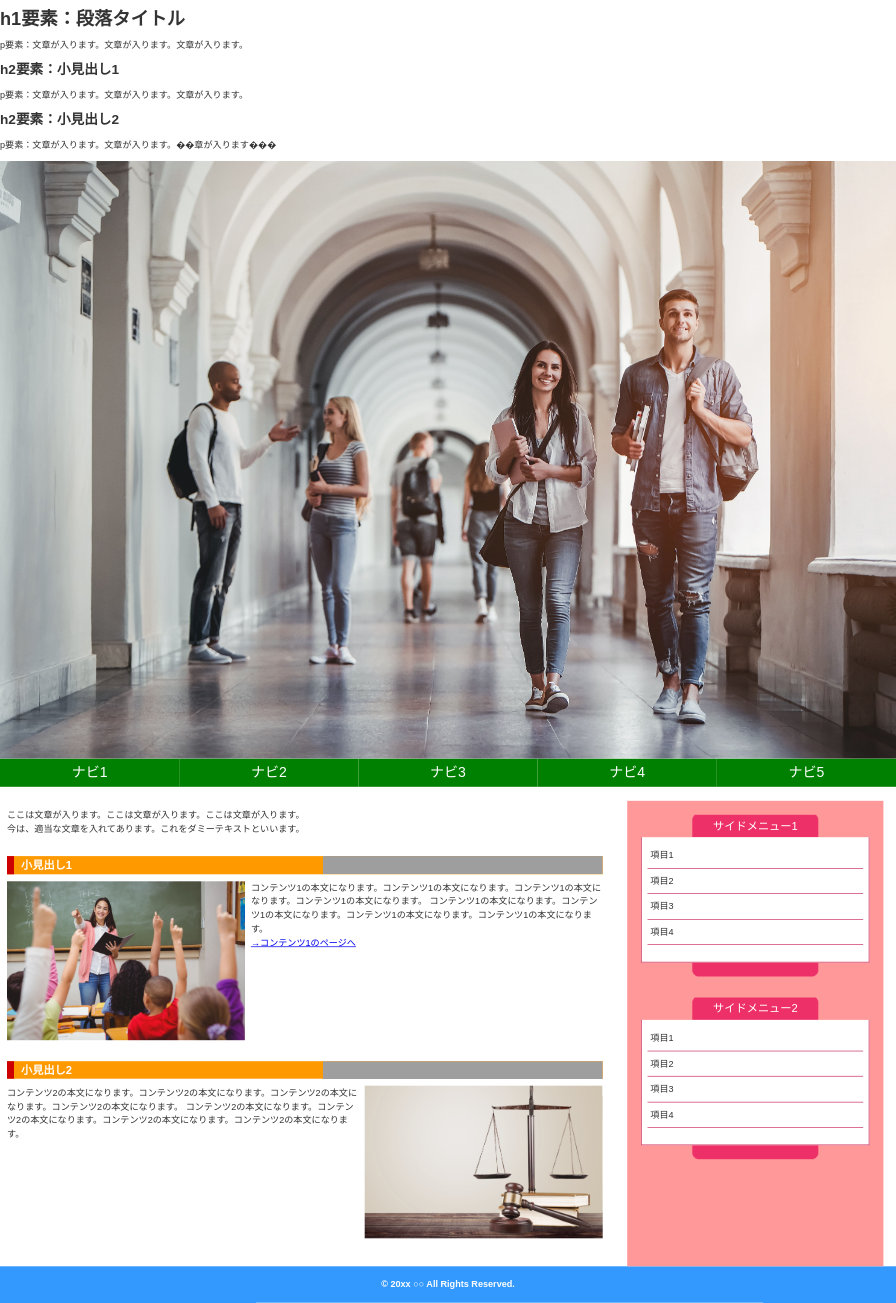
Repository: saekato/HTML
Page: indexx.html
The author's editor kept a record of every edit. The page is drawn from the files as they stood at one moment, then again after the next edit.
The browser window is 1280 px wide. The pictures show the whole page, at 70% of full size.
Pictures or frames that could not be fetched are drawn as grey boxes.

Above is the page before.

### indexx.html
<!DOCTYPE html>
<html lang="ja">
  <head>
    <meta charset="UTF-8">
    <title>HTML/CSSの学習</title>
    <!--stylesheet.cssの読み込み-->
    <link rel="stylesheet" href="stylesheet.css">
  </head>
  <body>
    <h1 class="blue">h1要素：段落タイトル</h1>
    <p>p要素：文章が入ります。文章が入ります。文章が入ります。</p>
    <h2 class="blue">h2要素：小見出し1</h2>
    <p class="fs-25">
      p要素：文章が入ります。文章が入ります。文章が入ります。
    </p>
    <h2 id="red">h2要素：小見出し2</h2>
    <p class="fw-bold">
      p要素：文章が入ります。文章が入ります。��章が入ります���
    </p>
  </body>
</html>
<!DOCTYPE html>
<html lang="ja">
    <head>
        <meta charset="UTF-8">
        <title>HTML/CSSの学習</title>
        <link rel="stylesheet" href="stylesheet.css">
    </head>
    <body>
        <div id="header">
            <h1><a href="index.html"><img id="corridor" src="images/corridor.jpg" alt="大学の廊下" /></a></h1>
        </div>
        <div id="wrapper">
            <div id="nav">
                <ul>
                    <li><a href="home.html">ナビ1</a></li>
                    <li><a href="#">ナビ2</a></li>
                    <li><a href="#">ナビ3</a></li>
                    <li><a href="#">ナビ4</a></li>
                    <li><a href="#">ナビ5</a></li>
                </ul>
            </div>
            <div id="container">
                <div id="main">
                    <div class="post">
                        <p>ここは文章が入ります。ここは文章が入ります。ここは文章が入ります。<br />今は、適当な文章を入れてあります。これをダミーテキストといいます。</p>
                    </div>
                    <div class="post clearfix">
                        <h2>小見出し1</h2>
                        <img class="left" src="images/classroom.jpg" alt="授業風景" />
                        <p>
                            コンテンツ1の本文になります。コンテンツ1の本文になります。コンテンツ1の本文になります。コンテンツ1の本文になります。
                            コンテンツ1の本文になります。コンテンツ1の本文になります。コンテンツ1の本文になります。コンテンツ1の本文になります。
                        </p>
                        <p><a href="#">→コンテンツ1のページへ</a></p>
                    </div>
                    <div class="post clearfix">
                        <h2>小見出し2</h2>
                        <img class="right" src="images/scale.jpg" alt="天秤" />
                        <p>
                            コンテンツ2の本文になります。コンテンツ2の本文になります。コンテンツ2の本文になります。コンテンツ2の本文になります。
                            コンテンツ2の本文になります。コンテンツ2の本文になります。コンテンツ2の本文になります。コンテンツ2の本文になります。
                        </p>
                    </div>
                </div>
                <div id="side">
                    <div class="box">
                        <h2>サイドメニュー1</h2>
                        <div class="boxBody">
                            <ul>
                                <li>項目1</li>
                                <li>項目2</li>
                                <li>項目3</li>
                                <li>項目4</li>
                            </ul>
                        </div>
                    </div>
                    <div class="box">
                        <h2>サイドメニュー2</h2>
                        <div class="boxBody">
                            <ul>
                                <li>項目1</li>
                                <li>項目2</li>
                                <li>項目3</li>
                                <li>項目4</li>
                            </ul>
                        </div>
                    </div>
                </div>
            </div>
            <div id="footer">
                <p>&copy; 20xx ○○ All Rights Reserved.</p>
        </div>
    </body>
</html>

### stylesheet.css
@charset "utf-8";

body {
    margin: 0;
    padding: 0;
    font-family: "ヒラギノ角ゴ Pro W3", "Hiragino Kaku Gothic Pro", "メイリオ", Meiryo, Osaka, "ＭＳ Ｐゴシック", "MS PGothic", sans-serif;
    color: #333;
    font-size: 13px;
    line-height: 150%;
}

/*------------------------ wrapper ----------------------*/
#wrapper {
    width: 100%;
    margin-top: -11px;
    padding: 0px;
    border: 0px;
    background-color: #FFF;
    top: 10px;
    position: relative;
}

/*----------------------- header ------------------------*/
#header {
    width: 100%;

}
#header h1 {
    margin: 0;
    padding: 0;
}

#corridor {
    width: 100%;
    height: auto;
}

/*----------------------- footer ------------------------*/
#footer {
    clear: both;
    width: 100%;
    padding: 3px 0 3px 0;
    background: #39F;
    color: #FFF;
    font-weight: bold;
    text-align: center;
}

/*----------------------- nav ---------------------------*/
#nav {
    width: 100%;
}
#nav ul {
    display: flex;
    margin: 0;
    padding:  0;
    list-style-type: none;
}
#nav ul li {
    width: 20%;
    text-align: center;
}
#nav ul li a {
    display: block;
    height: 20px;
    margin: 0;
    padding: 10px;
    color: #FFF;
    font-size: 20px;
    text-decoration: none;
    background-color: green;

}

#nav ul li a:hover {
    filter: drop-shadow(10px 10px 10px black);
}
/*------------------------ container ----------------------*/
#container {
    width: 100%;
    margin: auto;
    padding: auto;
    padding-top: 20px;
    clear: both;
    display: grid;
    grid-template-columns: 70vw 30vw;
}
/*--------------------------- main -----------------------*/
#main {
    width: 95%;
    padding: 10px 30px 10px 10px;

}
#main h2 {
    margin: 0 0 10px 0;
    padding: 3px 10px 3px 10px;
    color: #FFF;
    font-size: 16px;
    border-left: solid 10px #C00;
    background: #F90 url(../images/main_h2.jpg) right top repeat-y;
}
#main p {
    margin: 0;
    padding: 0;
}
#main .post {
    margin: 0 0 30px 0;
}
#main .post img.right {
    margin: 0 0 0 8px;
}
#main .post img.left {
    margin:0 8px 0 0;
}

.right {
    float: right;
    width: 40%;
    height: auto;
}
.left {
    float: left;
    width: 40%;
    height:  auto;
}

/*----------------------------- clearfix -----------------------*/
.clearfix {
    zoom: 1;
}
.clearfix:after {
    content:"";
    display:  block;
    clear: both;
}

/*----------------------------- side ---------------------------*/
#side {
    width: 85%;
    padding: 20px;
    background-color: #F99;
}

#side .box {
    margin: 0 auto 30px auto;
    padding: 0 0 20px 0;
    background: url(images/side_box.png) bottom no-repeat;
}
#side .box h2 {
    margin: 0;
    padding: 8px;
    text-align: center;
    color: #fff;
    font-size: 16px;
    line-height: 16px;
    font-weight: normal;
    background: url(images/side_box_h2.png) center no-repeat;
}
#side .box .boxBody {
    padding:  8px;
    border-right: solid 1px #C36;
    border-bottom: solid 1px #C36;
    border-left: solid 1px #C36;
    background: #fff;
}
#side .box .boxBody ul {
    margin: 0 0 16px 0;
    padding: 0;
}
#side .box .boxBody ul li {
    padding: 8px 0 8px 4px;
    list-style: none;
    border-bottom: solid 1px #C36;
}

#side .box .boxBody ul li:hover {
    padding: 8px 0 8px 4px;
    list-style: none;
    border-bottom: solid 1px #C36;
    box-shadow: 0px 4px 4px rgba(0, 0, 0, 0.3);
}

After the next edit:
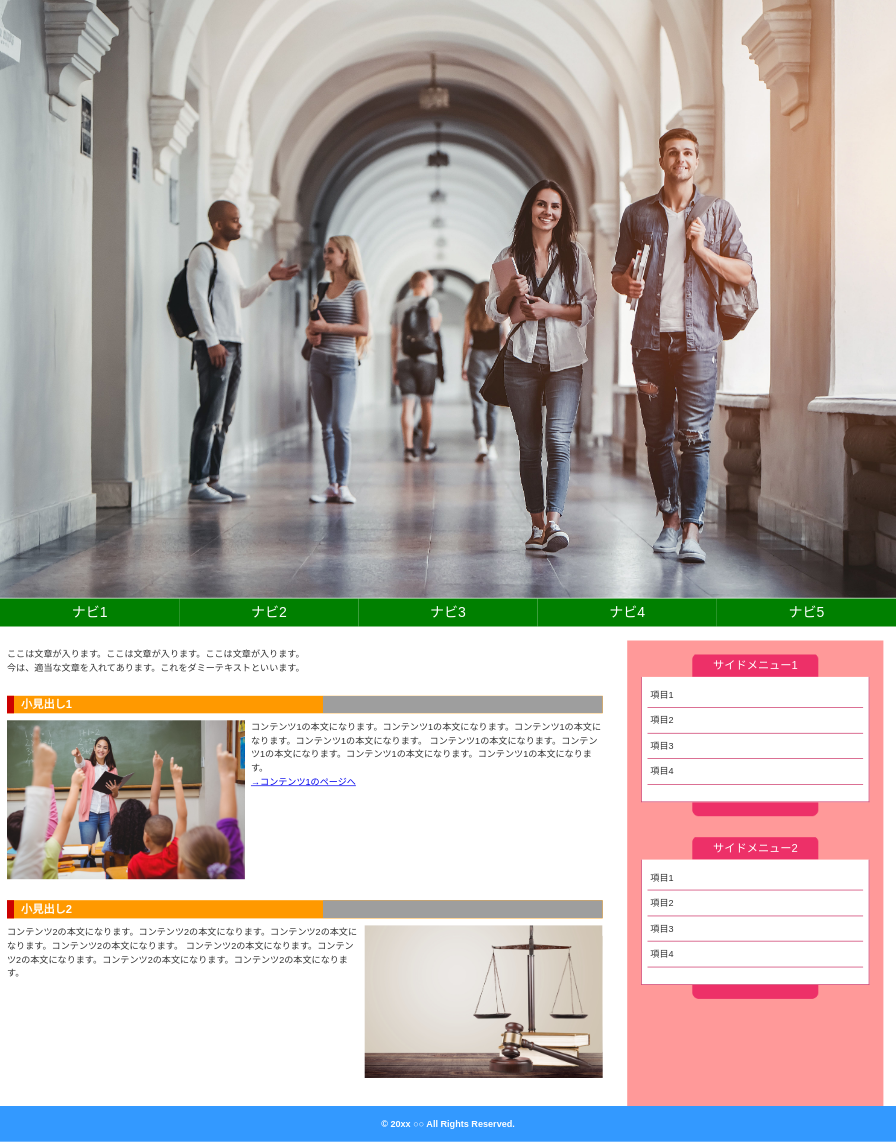
The edit:
--- a/indexx.html
+++ b/indexx.html
@@ -1,24 +1,3 @@
-<!DOCTYPE html>
-<html lang="ja">
-  <head>
-    <meta charset="UTF-8">
-    <title>HTML/CSSの学習</title>
-    <!--stylesheet.cssの読み込み-->
-    <link rel="stylesheet" href="stylesheet.css">
-  </head>
-  <body>
-    <h1 class="blue">h1要素：段落タイトル</h1>
-    <p>p要素：文章が入ります。文章が入ります。文章が入ります。</p>
-    <h2 class="blue">h2要素：小見出し1</h2>
-    <p class="fs-25">
-      p要素：文章が入ります。文章が入ります。文章が入ります。
-    </p>
-    <h2 id="red">h2要素：小見出し2</h2>
-    <p class="fw-bold">
-      p要素：文章が入ります。文章が入ります。��章が入ります���
-    </p>
-  </body>
-</html>
 <!DOCTYPE html>
 <html lang="ja">
     <head>
